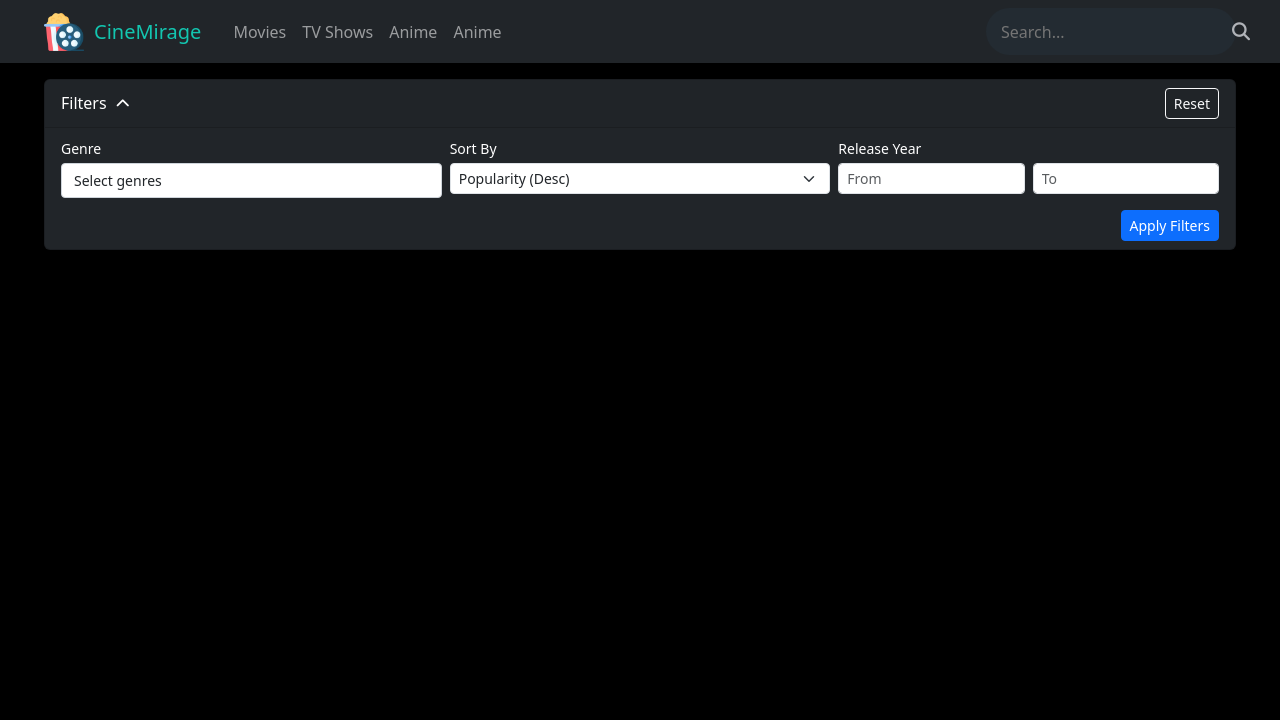
Repository: Malik1307/DEPI-Movie-Site-Demo-
Page: screens/browse-category.html
These files come from the project's save history. The page is drawn as it stood at one moment and after the next save; the edit follows.
The browser window is 1280 px wide. The pictures show the whole page.
The page's requests for data from a server got no answer.

Above is the page before, as saved 2025-02-28 02:59:54.

### screens/browse-category.html
<!DOCTYPE html>
<html lang="en">
  <head>
    <meta charset="UTF-8" />
    <meta name="viewport" content="width=device-width, initial-scale=1.0" />
    <title>Document</title>
    <link
      href="https://cdn.jsdelivr.net/npm/bootstrap@5.3.0/dist/css/bootstrap.min.css"
      rel="stylesheet"
    />
    <link
      rel="stylesheet"
      href="https://cdnjs.cloudflare.com/ajax/libs/font-awesome/6.5.1/css/all.min.css"
    />

    <link rel="stylesheet" href="../css/responsive.css" />
    <link rel="stylesheet" href="../css/styles.css" />
    <link rel="stylesheet" href="../css/browsing-catergory.css" />

    <style>
      .custom-select-container {
        position: relative;
        width: 100%;
      }

      .custom-select-display {
        width: 100%;
        padding: 0.375rem 0.75rem;
        font-size: 0.875rem;
        line-height: 1.5;
        color: #212529;
        background-color: #fff;
        border: 1px solid #ced4da;
        border-radius: 0.25rem;
        cursor: pointer;
      }

      .custom-select-options {
        position: absolute;
        top: 100%;
        left: 0;
        right: 0;
        z-index: 1000;
        max-height: 200px;
        overflow-y: auto;
        background-color: #fff;
        border: 1px solid #ced4da;
        border-radius: 0 0 0.25rem 0.25rem;
        display: none;
      }

      .custom-select-container.open .custom-select-options {
        display: block;
      }

      .custom-select-option {
        padding: 0.375rem 0.75rem;
        cursor: pointer;
      }

      .custom-select-option:hover {
        background-color: #f8f9fa;
      }

      .custom-select-option.selected {
        background-color: #e9ecef;
      }

      /* Collapsible filter styling */
      .collapse-icon {
        transition: transform 0.3s;
      }

      .collapsed .collapse-icon {
        transform: rotate(180deg);
      }
    </style>
  </head>
  <body>
    <nav class="navbar navbar-expand-lg navbar-dark bg-dark">
      <div class="container">
        <a href="index.html">
          <div class="logo">
            <img
              src="../assets/images/movie-logo.png"
              class="logo_icon"
              alt=""
            />
            <h1 class="navbar-brand">CineMirage</h1>
          </div>
        </a>
        <button
          class="navbar-toggler"
          type="button"
          data-bs-toggle="collapse"
          data-bs-target="#navbarNav"
        >
          <span class="navbar-toggler-icon"></span>
        </button>
        <div class="collapse navbar-collapse me-auto ms-4" id="navbarNav">
          <ul class="navbar-nav me-auto">
            <li class="nav-item">
              <a class="nav-link" href="./browse-category.html?category=movie"
                >Movies</a
              >
            </li>
            <li class="nav-item">
              <a class="nav-link" href="./browse-category.html?category=tv"
                >TV Shows</a
              >
            </li>
            <li class="nav-item">
              <a class="nav-link" href="./browse-category.html?category=anime"
                >Anime</a
              >
            </li>
            <li class="nav-item">
              <a class="nav-link" href="./browse-category.html?category=anime"
                >Anime</a
              >
            </li>
          </ul>
          <form
          id="search-form"
          class="search-form"
          action="search-results.html"
          method="get"
        >
          <div class="search-box">
            <input
              type="text"
              id="search-input"
              name="query"
              class="search-input"
              placeholder="Search..."
            />
            <button type="submit" class="search-button">
              <i class="fas fa-search"></i>
            </button>
          </div>
        </form>
        </div>
      </div>
    </nav>

    <!-- Collapsible Filtering Section -->
    <div class="container mt-3 mb-2">
      <div class="card bg-dark text-white">
        <div class="card-header d-flex justify-content-between align-items-center py-2">
          <div class="d-flex align-items-center">
            <h6 class="mb-0 me-2">Filters</h6>
            <button class="btn btn-sm btn-link text-white p-0" type="button" data-bs-toggle="collapse" data-bs-target="#filterOptions" aria-expanded="true" aria-controls="filterOptions" id="collapseBtn">
              <i class="fas fa-chevron-up collapse-icon"></i>
            </button>
          </div>
          <button class="btn btn-sm btn-outline-light" id="resetFilters">Reset</button>
        </div>
        <div class="collapse show" id="filterOptions">
          <div class="card-body py-2">
            <div class="row gx-2">
              <!-- Genre Filter -->
              <div class="col-md-4 mb-2">
                <label for="genreSelect" class="form-label small mb-1">Genre</label>
                <div class="custom-select-container" id="genreSelectContainer">
                  <div class="custom-select-display" id="genreDisplay">Select genres</div>
                  <div class="custom-select-options" id="genreOptions">
                    <!-- Genres will be populated via JavaScript -->
                  </div>
                  <!-- Hidden input to store selected values -->
                  <input type="hidden" id="selectedGenres" name="selectedGenres">
                </div>
              </div>

              <!-- Sort By Filter -->
              <div class="col-md-4 mb-2">
                <label for="sortSelect" class="form-label small mb-1">Sort By</label>
                <select class="form-select form-select-sm" id="sortSelect">
                  <option value="popularity.desc">Popularity (Desc)</option>
                  <option value="popularity.asc">Popularity (Asc)</option>
                  <option value="vote_average.desc">Rating (Desc)</option>
                  <option value="vote_average.asc">Rating (Asc)</option>
                  <option value="release_date.desc">Release Date (Desc)</option>
                  <option value="release_date.asc">Release Date (Asc)</option>
                  <option value="revenue.desc">Revenue (Desc)</option>
                </select>
              </div>

              <!-- Year Filter -->
              <div class="col-md-4 mb-2">
                <label for="yearRange" class="form-label small mb-1">Release Year</label>
                <div class="d-flex gap-2">
                  <input type="number" class="form-control form-control-sm" id="yearFrom" placeholder="From" min="1900" max="2024">
                  <input type="number" class="form-control form-control-sm" id="yearTo" placeholder="To" min="1900" max="2024">
                </div>
              </div>
            </div>

            <div class="row mt-1">
              <div class="col-12 d-flex justify-content-end">
                <button class="btn btn-primary btn-sm" id="applyFilters">Apply Filters</button>
              </div>
            </div>
          </div>
        </div>
      </div>
    </div>

    <div class="container py-3">
      <div class="row movies_grid g-1"></div>
    </div>
    <!-- ------------------- -->

    <!-- <script src="../js/main.js"></script> -->
     <script src="../js/browse-category.js"></script>
    <script src="https://cdn.jsdelivr.net/npm/bootstrap@5.3.0/dist/js/bootstrap.bundle.min.js"></script>

    <!-- Filter Functionality Script -->
    <script>
      document.addEventListener('DOMContentLoaded', function() {
        // Genres data (typically from API)
        const genres = [
          {id: 28, name: "Action"},
          {id: 12, name: "Adventure"},
          {id: 16, name: "Animation"},
          {id: 35, name: "Comedy"},
          {id: 80, name: "Crime"},
          {id: 99, name: "Documentary"},
          {id: 18, name: "Drama"},
          {id: 10751, name: "Family"},
          {id: 14, name: "Fantasy"},
          {id: 36, name: "History"},
          {id: 27, name: "Horror"},
          {id: 10402, name: "Music"},
          {id: 9648, name: "Mystery"},
          {id: 10749, name: "Romance"},
          {id: 878, name: "Science Fiction"},
          {id: 10770, name: "TV Movie"},
          {id: 53, name: "Thriller"},
          {id: 10752, name: "War"},
          {id: 37, name: "Western"}
        ];

        // Custom dropdown setup
        const genreContainer = document.getElementById('genreSelectContainer');
        const genreDisplay = document.getElementById('genreDisplay');
        const genreOptions = document.getElementById('genreOptions');
        const selectedGenresInput = document.getElementById('selectedGenres');
        const selectedGenres = [];

        // Populate genre options
        genres.forEach(genre => {
          const option = document.createElement('div');
          option.classList.add('custom-select-option');
          option.dataset.value = genre.id;
          option.textContent = genre.name;

          option.addEventListener('click', function() {
            const value = this.dataset.value;
            const index = selectedGenres.indexOf(value);

            if (index === -1) {
              // Add to selection
              selectedGenres.push(value);
              this.classList.add('selected');
            } else {
              // Remove from selection
              selectedGenres.splice(index, 1);
              this.classList.remove('selected');
            }

            // Update the display and hidden input
            updateGenreDisplay();
          });

          genreOptions.appendChild(option);
        });

        // Toggle dropdown on click
        genreDisplay.addEventListener('click', function(e) {
          e.stopPropagation();
          genreContainer.classList.toggle('open');
        });

        // Close dropdown when clicking outside
        document.addEventListener('click', function() {
          genreContainer.classList.remove('open');
        });

        // Prevent click inside dropdown from closing it
        genreOptions.addEventListener('click', function(e) {
          e.stopPropagation();
        });

        // Update genre display text
        function updateGenreDisplay() {
          if (selectedGenres.length === 0) {
            genreDisplay.textContent = 'Select genres';
          } else {
            // Get names of selected genres
            const names = selectedGenres.map(id => {
              const genre = genres.find(g => g.id.toString() === id.toString());
              return genre ? genre.name : '';
            }).filter(name => name !== '');

            genreDisplay.textContent = names.join(', ');
          }

          // Update hidden input
          selectedGenresInput.value = selectedGenres.join(',');
        }

        // Reset filters button
        document.getElementById('resetFilters').addEventListener('click', function() {
          // Reset genre selection
          selectedGenres.length = 0;
          document.querySelectorAll('.custom-select-option').forEach(option => {
            option.classList.remove('selected');
          });
          updateGenreDisplay();

          // Reset other filters
          document.getElementById('sortSelect').selectedIndex = 0;
          document.getElementById('yearFrom').value = '';
          document.getElementById('yearTo').value = '';
        });

        // Apply filters button
        document.getElementById('applyFilters').addEventListener('click', function() {
          // Collect all filter values
          const sortBy = document.getElementById('sortSelect').value;
          const yearFrom = document.getElementById('yearFrom').value;
          const yearTo = document.getElementById('yearTo').value;

          // Build filter object to pass to your API function
          const filters = {
            genres: selectedGenres.join(','),
            sort_by: sortBy,
            'primary_release_date.gte': yearFrom ? `${yearFrom}-01-01` : '',
            'primary_release_date.lte': yearTo ? `${yearTo}-12-31` : ''
          };

          console.log('Applied filters:', filters);

          // You would then call your fetchMovies function with these filters
          // fetchMovies(filters);
        });

        // Collapse functionality with icon rotation
        const collapseBtn = document.getElementById('collapseBtn');
        collapseBtn.addEventListener('click', function() {
          this.classList.toggle('collapsed');
        });

        // Alternative approach if Bootstrap collapse is not working properly
        /*
        collapseBtn.addEventListener('click', function() {
          const filterOptions = document.getElementById('filterOptions');
          if (filterOptions.classList.contains('show')) {
            filterOptions.classList.remove('show');
            this.classList.add('collapsed');
          } else {
            filterOptions.classList.add('show');
            this.classList.remove('collapsed');
          }
        });
        */
      });
    </script>
  </body>
</html>

### css/responsive.css

@media (max-width: 768px) {
  .movie-title {
    font-size: 2rem;
  }

  .movie-poster {
    width: 100%;
  }

  .cast-grid {
    grid-template-columns: repeat(2, 1fr);
  }
}
@media (max-width: 992px) {
}
@media (min-width: 300px) {
  .container {
    width: 95%;
  }
}
/* small */
@media (min-width: 576px) {
  .container {
    width: 95%;
  }
}

@media (min-width: 768px) {
  .container {
    width: 95%;
  }
}


@media (max-width:991px)  {
  .movie_container{
padding: 0 5px;

  }
}
@media (min-width: 992px) {
  .container {
    width: 95%;
  }
  .movies_grid{


    gap: 10px;

  }



}
@media (min-width: 1200px) {
  .container {
    max-width:  95%;
  }
}
@media (max-width: 768px) {
  .actorProfile {
    flex-direction: column-reverse;
  }

  .actorFilms, .aboutActor {
    width: 100%;
  }

  .aboutActor {
    margin-bottom: 30px;
    display: flex;
    align-items: center;
  }

  .aboutActor img {
    width: 150px;
    height: auto;
    margin-right: 20px;
  }
}

### css/styles.css
:root {
  --main-color: #13c6b0;
  --primary-color: #141414;
  --secondary-color: #1f1f1f;
  --text-color: #ffffff;
  --accent-color: #4caf50;
  --rating-color: #ffc107;
}
* {
  margin: 0;
  padding: 0;
  box-sizing: border-box;
}
a {
  padding: 0;
  text-decoration: none;
}
:root {
  --main-color: #13c6b0;
}
body {
  background-color: black;
}
.navbar {
  position: sticky;
  top: 0;
  z-index: 99;
}

.search-form {
  display: flex;
  justify-content: center;
  align-items: center;
}

.search-box {
  display: flex;
  align-items: center;
  background: #232b32; /* Dark Background */
  border-radius: 25px; /* Rounded Edges */
  padding: 10px 15px;
  width: 250px; /* Adjust as needed */
}

.search-input {
  border: none;
  background: transparent;
  outline: none;
  color: #fff;
  flex: 1;
}
.search-input :focus {
  display: none;
}

.search-button {
  background: none;
  border: none;
  color: #b0b3b8; /* Light grey */
  cursor: pointer;
  font-size: 18px;
}

.search-button:hover {
  color: #fff; /* Brighter on hover */
}

.logo {
  display: flex;
  justify-content: center;
}
.logo .logo_icon {
  margin-right: 10px;
  width: 40px;
  height: 40px;
}
.logo h1 {
  color: var(--main-color);
  margin: auto 0;
}
.movie_container {
  margin-bottom: 20px;

  position: relative; /* Added to allow proper hover positioning */
}

.movie-card {
  width: 100%;
  position: relative;
  border-radius: 10px;
  overflow: hidden;
  transition: transform 0.3s ease-in-out;
}

.movie-card:hover {
  transform: scale(1.05);
}

.movie-card img {
  width: 100%;
  border-radius: 10px;
}

.top-badge {
  position: absolute;
  top: 8px;
  right: 8px;
  background-color: var(--main-color);
  color: white;
  font-size: 12px;
  font-weight: bold;
  padding: 4px 8px;
  border-radius: 5px;
}

.movie-card + .movie-title {
  margin: 0 0 20px 0;
  text-align: center;
  font-size: 18px;
  font-weight: bold;
  color: gray;
}

.movie-card:hover + .movie-title {
  color: white;
  margin-top: 15px;
  margin-bottom: 5px;
  transition: margin 0.3s ease-in-out;
}

.image-container {
  position: relative;
  display: inline-block;
  width: 100%;
  border-radius: 8px;
}

.image-container img {
  width: 100%;
  display: block;
  border-radius: 8px;
}

.image-container .overlay {
  position: absolute;
  bottom: 0;
  left: 0;
  width: 100%;
  height: 40px;
  background: linear-gradient(to top, rgba(0, 0, 0, 0.7), transparent);
  border-radius: 8px;
}

.rating {
  position: absolute;
  bottom: 10px;
  left: 10px;
  font-size: 12px;
  font-weight: bold;
  z-index: 2;
  color: whitesmoke;
}

.rating i {
  font-size: 8px;
  color: whitesmoke;
}

/* New styles for hover detail */
.movie-detail {
  position: absolute;
  left: 100%;
  top: 0;
  width: 280px;
  background-color: #1f1f1f;
  border-radius: 10px;
  box-shadow: 0 5px 15px rgba(0, 0, 0, 0.5);
  z-index: 100;
  opacity: 0;
  visibility: hidden;
  transition: opacity 0.2s ease, visibility 0.2s;
  overflow: hidden;
}

.movie_container:hover .movie-detail {
  opacity: 1;
  visibility: visible;
}

.detail-backdrop {
  position: relative;
  height: 150px;
}

.detail-backdrop img {
  width: 100%;
  height: 100%;
  object-fit: cover;
}

.play-button {
  position: absolute;
  top: 50%;
  left: 50%;
  transform: translate(-50%, -50%);
  background-color: var(--main-color);
  color: white;
  border-radius: 50%;
  width: 40px;
  height: 40px;
  display: flex;
  align-items: center;
  justify-content: center;
  cursor: pointer;
}

.detail-title {
  position: absolute;
  bottom: 0;
  left: 0;
  right: 0;
  padding: 10px;
  background: linear-gradient(transparent, rgba(0, 0, 0, 0.8));
  color: white;
  font-weight: bold;
}

.detail-info {
  padding: 10px;
}

.detail-meta {
  display: flex;
  justify-content: space-between;
  margin-bottom: 8px;
}

.detail-rating {
  color: #ffc107;
  font-weight: bold;
}

.detail-year-time {
  color: #aaa;
  font-size: 14px;
}

.detail-tags {
  display: flex;
  gap: 5px;
  margin-bottom: 8px;
}

.tag {
  background-color: #333;
  padding: 2px 8px;
  border-radius: 4px;
  font-size: 12px;
}

.detail-description {
  font-size: 12px;
  color: #ddd;
  margin-bottom: 8px;
  display: -webkit-box;
  -webkit-line-clamp: 3;
  -webkit-box-orient: vertical;
  overflow: hidden;
}

.more-info {
  text-align: right;
  color: var(--main-color);
  font-size: 12px;
  text-decoration: none;
  display: block;
}

.more-info:hover {
  text-decoration: underline;
}

### css/browsing-catergory.css

.custom-select-option{
color: black;

}

Loaded but not shown: js/browse-category.js (128 lines, source omitted)

After the next save:
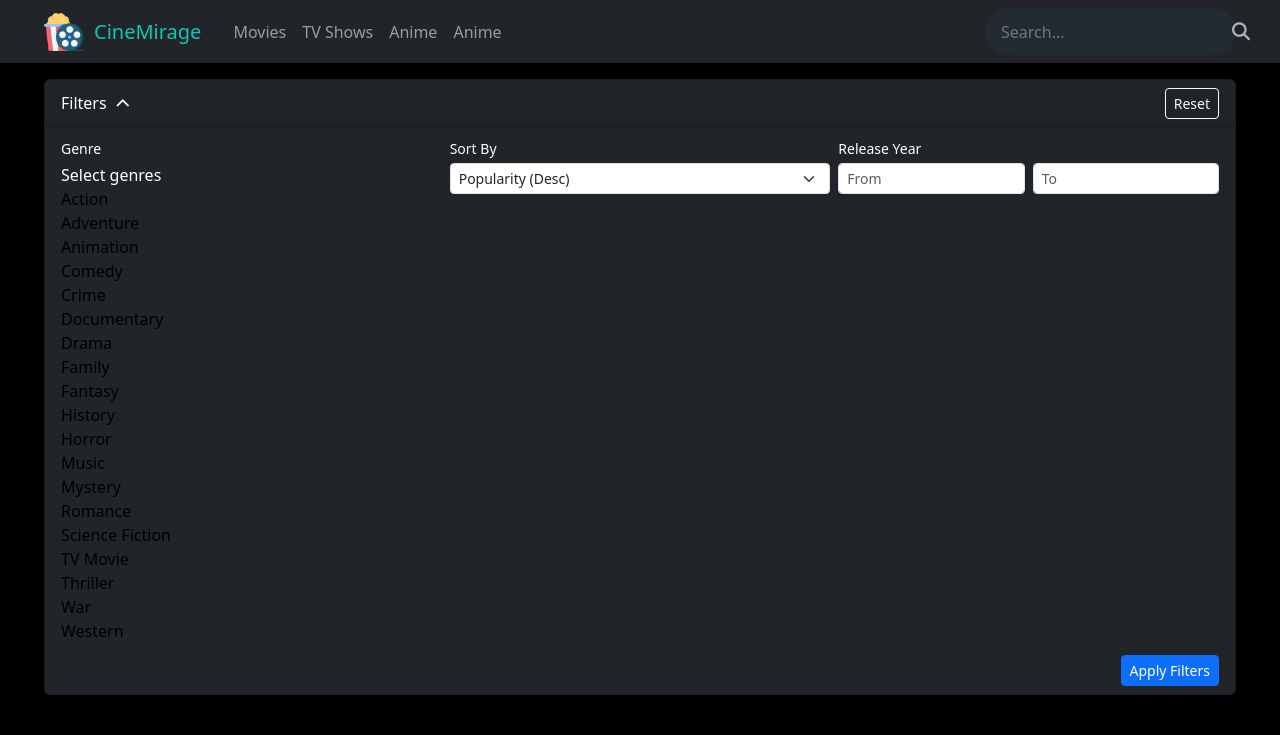
Saved 16 s later.
--- a/screens/browse-category.html
+++ b/screens/browse-category.html
@@ -18,62 +18,7 @@
     <link rel="stylesheet" href="../css/browsing-catergory.css" />
 
     <style>
-      .custom-select-container {
-        position: relative;
-        width: 100%;
-      }
-
-      .custom-select-display {
-        width: 100%;
-        padding: 0.375rem 0.75rem;
-        font-size: 0.875rem;
-        line-height: 1.5;
-        color: #212529;
-        background-color: #fff;
-        border: 1px solid #ced4da;
-        border-radius: 0.25rem;
-        cursor: pointer;
-      }
-
-      .custom-select-options {
-        position: absolute;
-        top: 100%;
-        left: 0;
-        right: 0;
-        z-index: 1000;
-        max-height: 200px;
-        overflow-y: auto;
-        background-color: #fff;
-        border: 1px solid #ced4da;
-        border-radius: 0 0 0.25rem 0.25rem;
-        display: none;
-      }
-
-      .custom-select-container.open .custom-select-options {
-        display: block;
-      }
-
-      .custom-select-option {
-        padding: 0.375rem 0.75rem;
-        cursor: pointer;
-      }
-
-      .custom-select-option:hover {
-        background-color: #f8f9fa;
-      }
-
-      .custom-select-option.selected {
-        background-color: #e9ecef;
-      }
-
-      /* Collapsible filter styling */
-      .collapse-icon {
-        transition: transform 0.3s;
-      }
-
-      .collapsed .collapse-icon {
-        transform: rotate(180deg);
-      }
+
     </style>
   </head>
   <body>

After the save that followed:
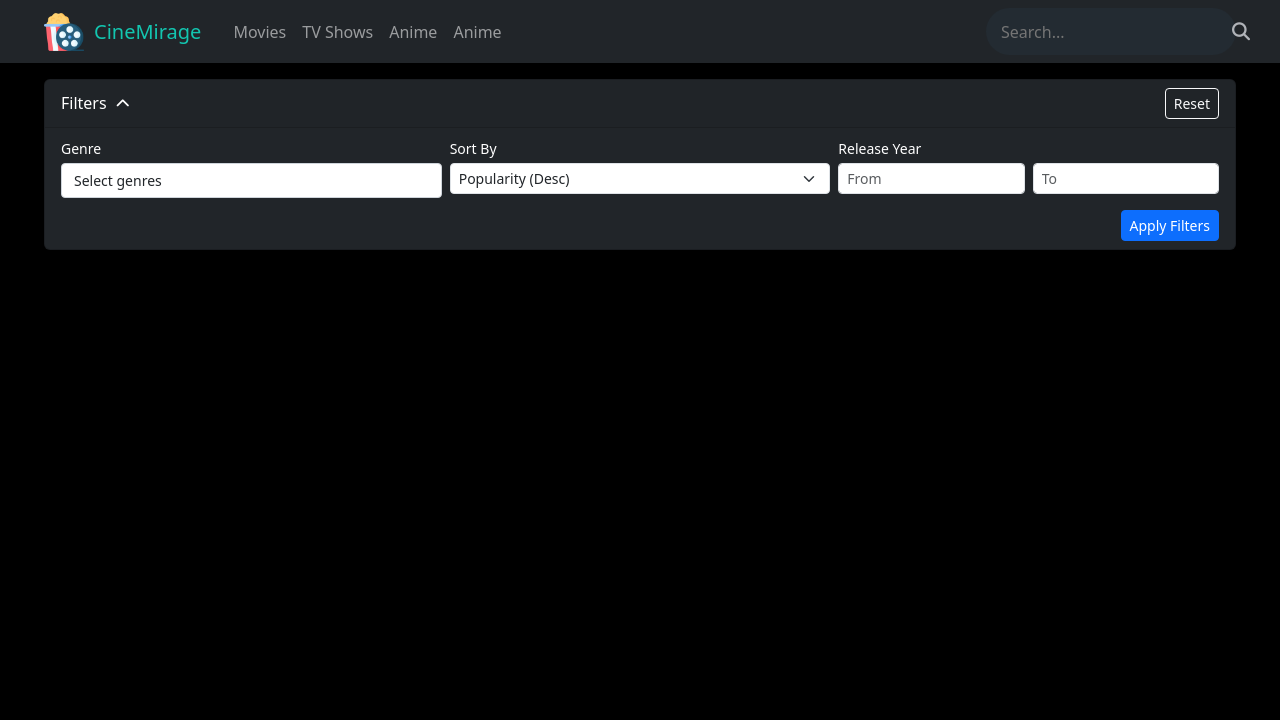
Saved 2 s later.
--- a/css/browsing-catergory.css
+++ b/css/browsing-catergory.css
@@ -3,3 +3,59 @@
 color: black;
 
 }
+.custom-select-container {
+  position: relative;
+  width: 100%;
+}
+
+.custom-select-display {
+  width: 100%;
+  padding: 0.375rem 0.75rem;
+  font-size: 0.875rem;
+  line-height: 1.5;
+  color: #212529;
+  background-color: #fff;
+  border: 1px solid #ced4da;
+  border-radius: 0.25rem;
+  cursor: pointer;
+}
+
+.custom-select-options {
+  position: absolute;
+  top: 100%;
+  left: 0;
+  right: 0;
+  z-index: 1000;
+  max-height: 200px;
+  overflow-y: auto;
+  background-color: #fff;
+  border: 1px solid #ced4da;
+  border-radius: 0 0 0.25rem 0.25rem;
+  display: none;
+}
+
+.custom-select-container.open .custom-select-options {
+  display: block;
+}
+
+.custom-select-option {
+  padding: 0.375rem 0.75rem;
+  cursor: pointer;
+}
+
+.custom-select-option:hover {
+  background-color: #f8f9fa;
+}
+
+.custom-select-option.selected {
+  background-color: #e9ecef;
+}
+
+/* Collapsible filter styling */
+.collapse-icon {
+  transition: transform 0.3s;
+}
+
+.collapsed .collapse-icon {
+  transform: rotate(180deg);
+}
